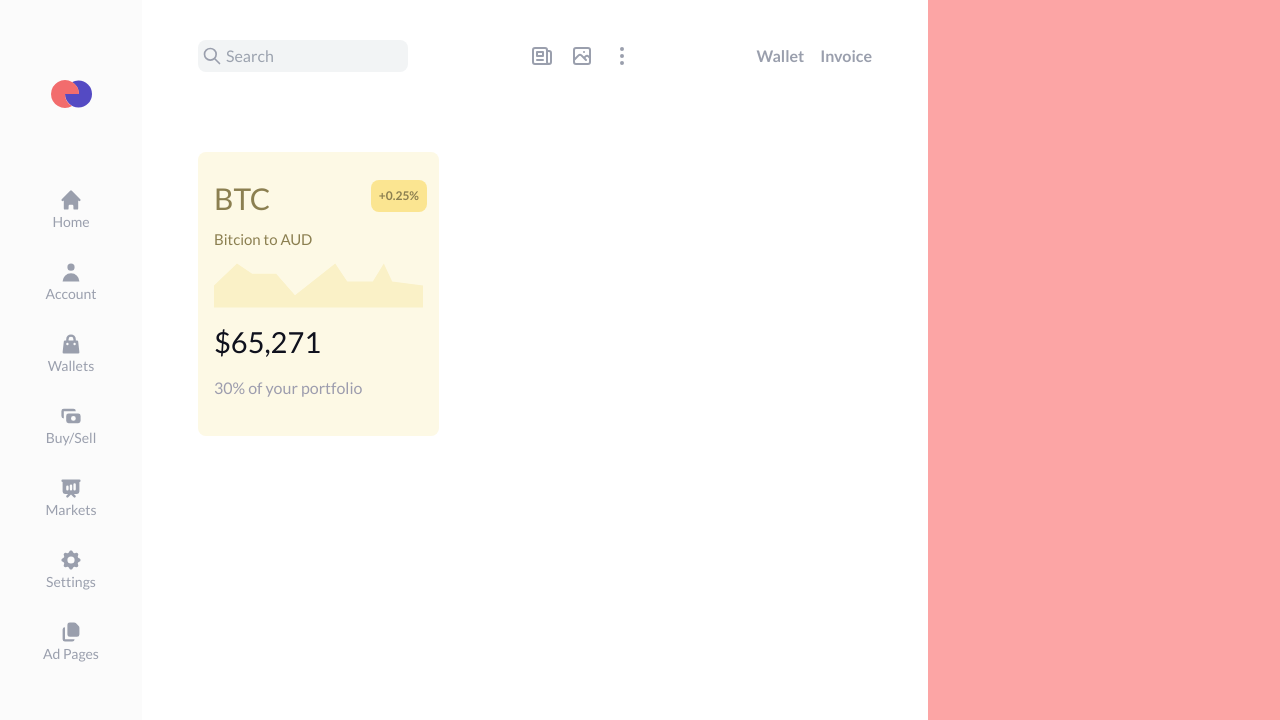
Repository: almaqdad55/crypto-app-nextjs
Page: /
An editor plug-in stored every save of this project. The page is shown before and after the next save, followed by the edit.
The browser window is 1280 px wide. The pictures show the whole page.
The project was rebuilt for these pictures with package versions that can differ from the ones it lists, and the page was loaded fresh each time. The framework's server and built-in components were replaced by stand-ins that run in the browser.

Above is the page before, as saved 2022-01-04 21:00:45.

After the next save:
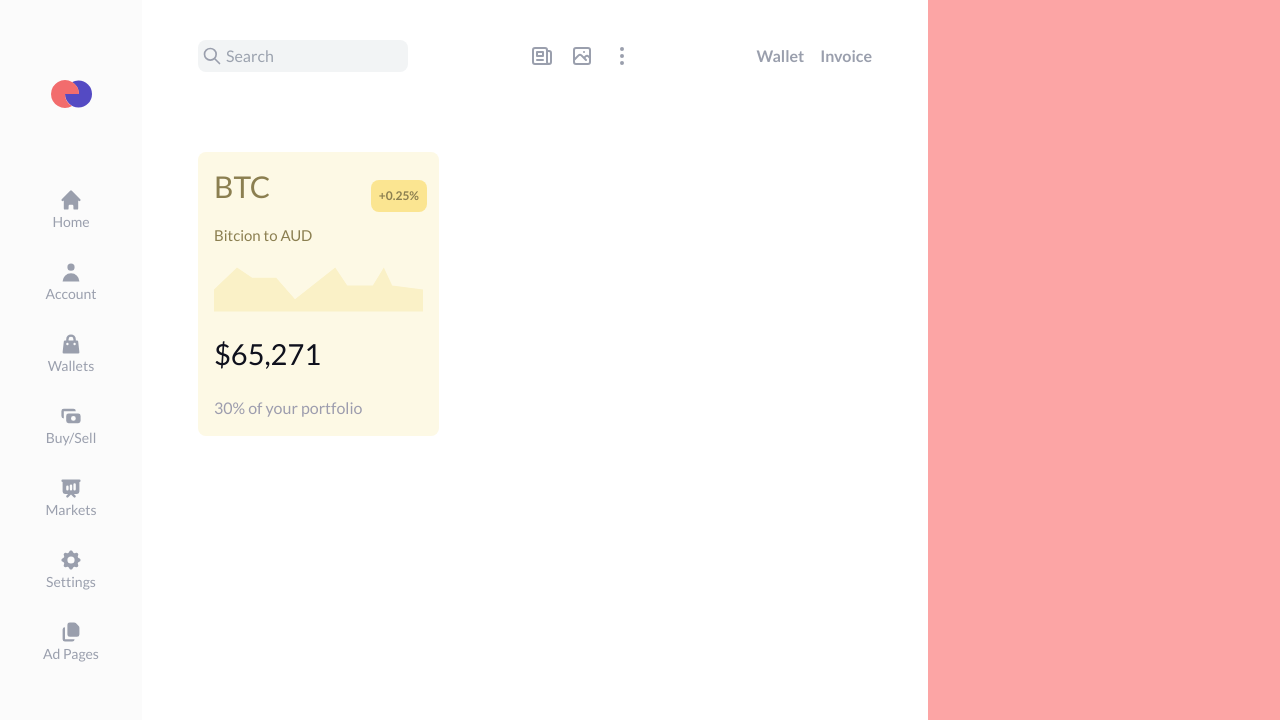
Saved 14 s later.
--- a/components/Card.jsx
+++ b/components/Card.jsx
@@ -1,6 +1,6 @@
 const Card = () => {
   return (
-    <div className="  flex flex-col space-y-3 w-[241px] h-[284px] bg-[#FDF9E5] rounded-lg relative text-[#8B7F50] p-4">
+    <div className="  flex flex-col justify-between w-[241px] h-[284px] bg-[#FDF9E5] rounded-lg relative text-[#8B7F50] p-4">
       <div className="absolute bg-[#FBE591] text-[#8B7F50] text-xs rounded-lg p-2 font-bold top-7 right-3">
         +0.25%
       </div>
